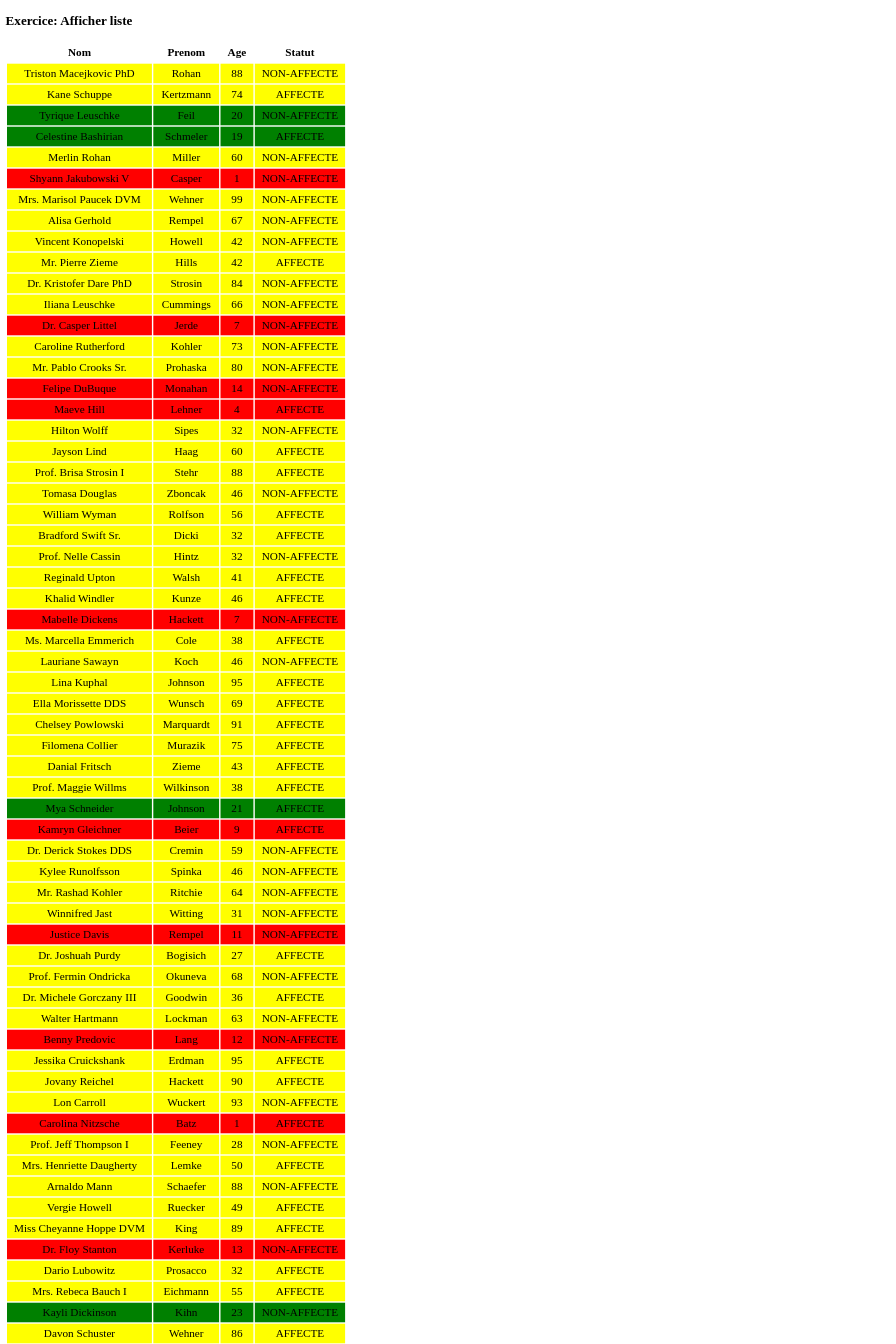
Repository: Bfabien99/PHPREPO
Page: http://localhost/
An editor plug-in stored every save of this project. The page is shown before and after a run of saves, followed by the edit.
The browser window is 1280 px wide. The pictures show the part of the page from y = 0 to 1920 px (the page is 3069 px tall), at 70% of full size.
The page is run by PHP 8.4 with error messages shown; the project is at /var/www/html/.

Above is the page before, as saved 2021-12-10 10:51:54.

### MakeFakeData/src/index.php
<?php
require_once '../vendor/autoload.php';


$faker = Faker\Factory::create();
$i = 0;
$list = [];

while($i<= 100) {

	$person = [];
	$person["nom"] = $faker->name;
	$person["prenom"] = $faker->lastName;
	$person["age"] = $faker->numberBetween($min=1,$max=99);
	$person["statut"] = $faker->randomElement(["AFFECTE","NON-AFFECTE"]);
	$list[] = $person;
	$i++;
}
?>
<!DOCTYPE html>
<html lang="en">
<head>
    <meta charset="UTF-8">
    <meta http-equiv="X-UA-Compatible" content="IE=edge">
    <meta name="viewport" content="width=device-width, initial-scale=1.0">
    <title>Document</title>
    <style>
        thead{
            font-weight:bold;
        }

        td{
            padding:5px 10px;
            text-align:center;
        }

        td.red{
            background-color:red;
        }
        tr.green{
            background-color: green;
        }
        td.yellow{
            background-color:yellow;
        }
    </style>
</head>
<body>
    <?php
        echo "<h3>Exercice: Afficher liste</h3>";
        $id;
        // $i=0;
        echo"<table><thead><tr><td>Nom</td><td>Prenom</td><td>Age</td><td>Statut</td></tr></thead>";
        echo"<tbody>";
        foreach ($list as $key=>$value) {
            // if($value["statut"]!="NON-AFFECTE"){
            // echo"<tr>";
            // echo "<td>".$value["nom"]."</td>";
            // echo "<td>".$value["prenom"]."</td>";
            // echo "<td>".$value["age"]."</td>";
            // echo "<td>".$value["statut"]."</td>";
            // echo"</tr>";
            // }

			$age = $value["age"];
            switch ($age) {
                case $age > 0 && $age < 18 :
                    echo '<tr><td class="red">'.$value["nom"].'</td>
                    <td class="red">'.$value["prenom"].'</td>
                    <td class="red">'.$value["age"].'</td>
                    <td class="red">'.$value["statut"].'</td>
                    </tr>';
					break;
                case ($age > 18 && $age < 25):
                    echo '<tr class="green"><td >'.$value["nom"].'</td>
                    <td >'.$value["prenom"].'</td>
                    <td >'.$value["age"].'</td>
                    <td >'.$value["statut"].'</td>
                    </tr>';
                    break;
                case $value["age"] > 25:
                    echo '<tr><td class="yellow">'.$value["nom"].'</td>
                    <td class="yellow">'.$value["prenom"].'</td>
                    <td class="yellow">'.$value["age"].'</td>
                    <td class="yellow">'.$value["statut"].'</td>
                    </tr>';
                    # code...
                    break;

                default:
                    # code...
                    break;
            }
            # code...
        }


        echo"</tbody></table>";
    ?>
</body>
</html>

After the next 2 saves:
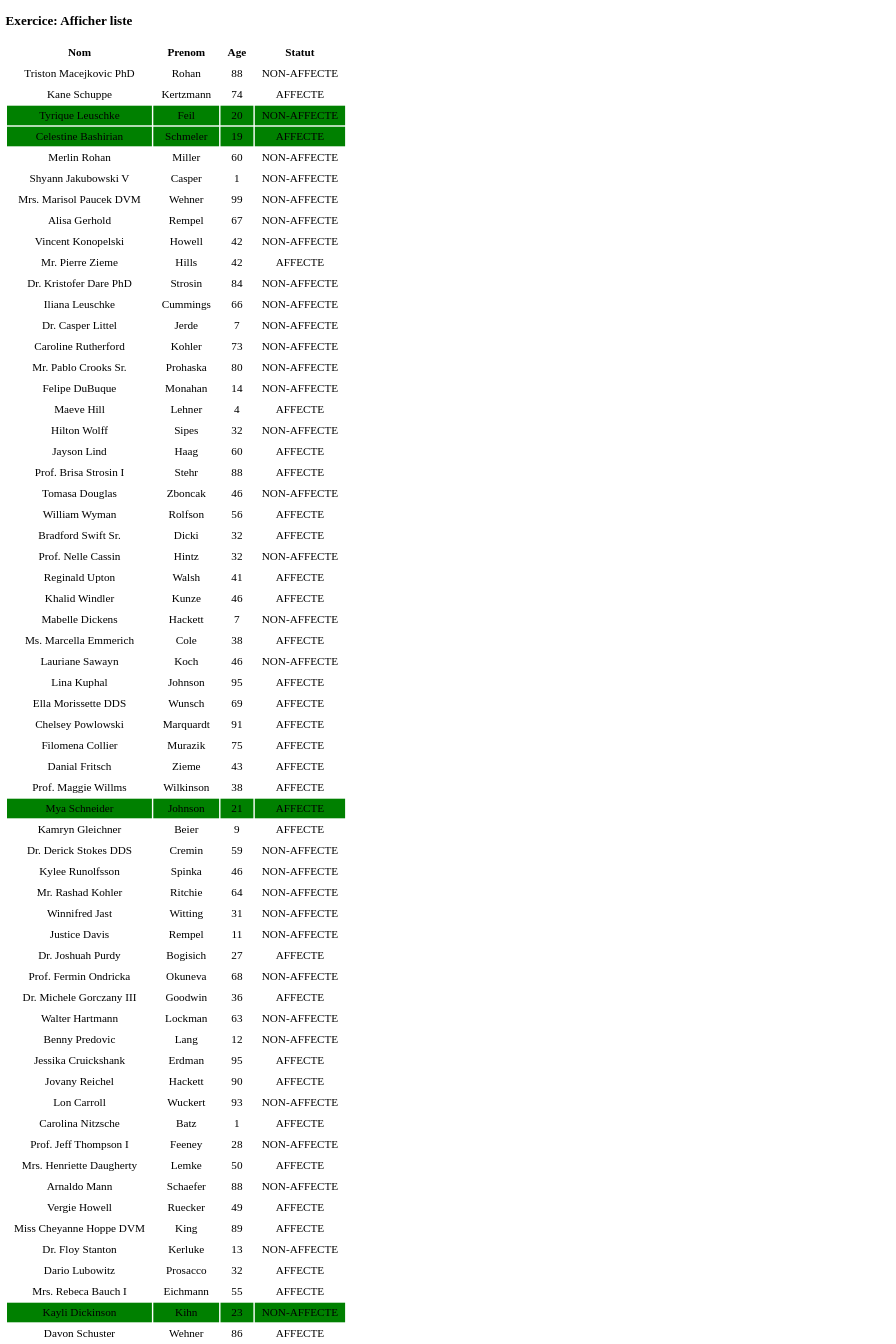
The 2 saves are shown as one change because they came seconds apart.
The last was saved 2 min 31 s later.
--- a/MakeFakeData/src/index.php
+++ b/MakeFakeData/src/index.php
@@ -34,13 +34,13 @@ while($i<= 100) {
             text-align:center;
         }
 
-        td.red{
+        tr.red{
             background-color:red;
         }
         tr.green{
             background-color: green;
         }
-        td.yellow{
+        tr.yellow{
             background-color:yellow;
         }
     </style>
